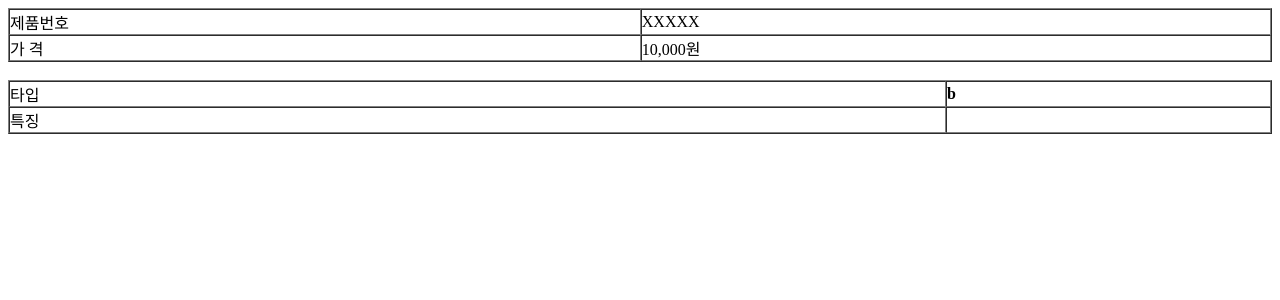
Repository: noopzzya/study_jsp_globalin
Page: http://localhost/ServletProject/temp/template/info_view.jsp
The author's editor kept a copy of each file at every save. The page is drawn from the files as they stood at one save, then again after the next save.
The browser window is 1280 px wide. The pictures show the whole page.
The page is served by Tomcat 9. Other server files are loaded and not shown.

Above is the page before, as saved 2023-02-01 06:16:12.

### ServletProject/src/main/webapp/temp/template/info_view.jsp
<%@ page language="java" contentType="text/html; charset=UTF-8"
    pageEncoding="UTF-8"%>

<table width="100%" border="1" cellpadding="0" cellspacing="0">

	<tr>
		<td>제품번호</td><td>XXXXX</td>
	</tr>

	<tr>
		<td>가   격</td><td>10,000원</td>
	</tr>

</table>

<jsp:include page="infoSub.jsp" flush="false">
	<jsp:param value="b" name="type"/>

</jsp:include>

### ServletProject/src/main/webapp/temp/template/infoSub.jsp
<%@ page language="java" contentType="text/html; charset=UTF-8"
    pageEncoding="UTF-8"%>
<%
	String type = request.getParameter("type");
	if(type != null){
%>
		<br>
		<table width="100%" border="1" cellpadding="0" cellspacing="0">

			<tr>
				<td>타입</td> <td><b><%=type %></b></td>
			</tr>

			<tr>
				<td>특징</td>

				<td>
				<% if(type.equals("A")){ %>
					강한 내구성
				<%}else if(type.equals("B")){ %>
					뛰어난 대처 능력
				<%}%>
				</td>
			</tr>

		</table>
<%
	}
%>

After the next save:
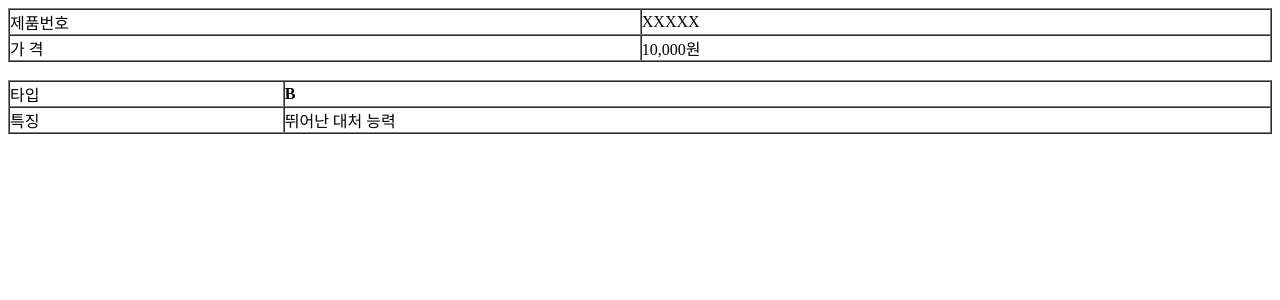
Saved 52 s later.
--- a/ServletProject/src/main/webapp/temp/template/info_view.jsp
+++ b/ServletProject/src/main/webapp/temp/template/info_view.jsp
@@ -14,6 +14,6 @@
 </table>
 
 <jsp:include page="infoSub.jsp" flush="false">
-	<jsp:param value="b" name="type"/>
+	<jsp:param value="B" name="type"/>
 
 </jsp:include>
